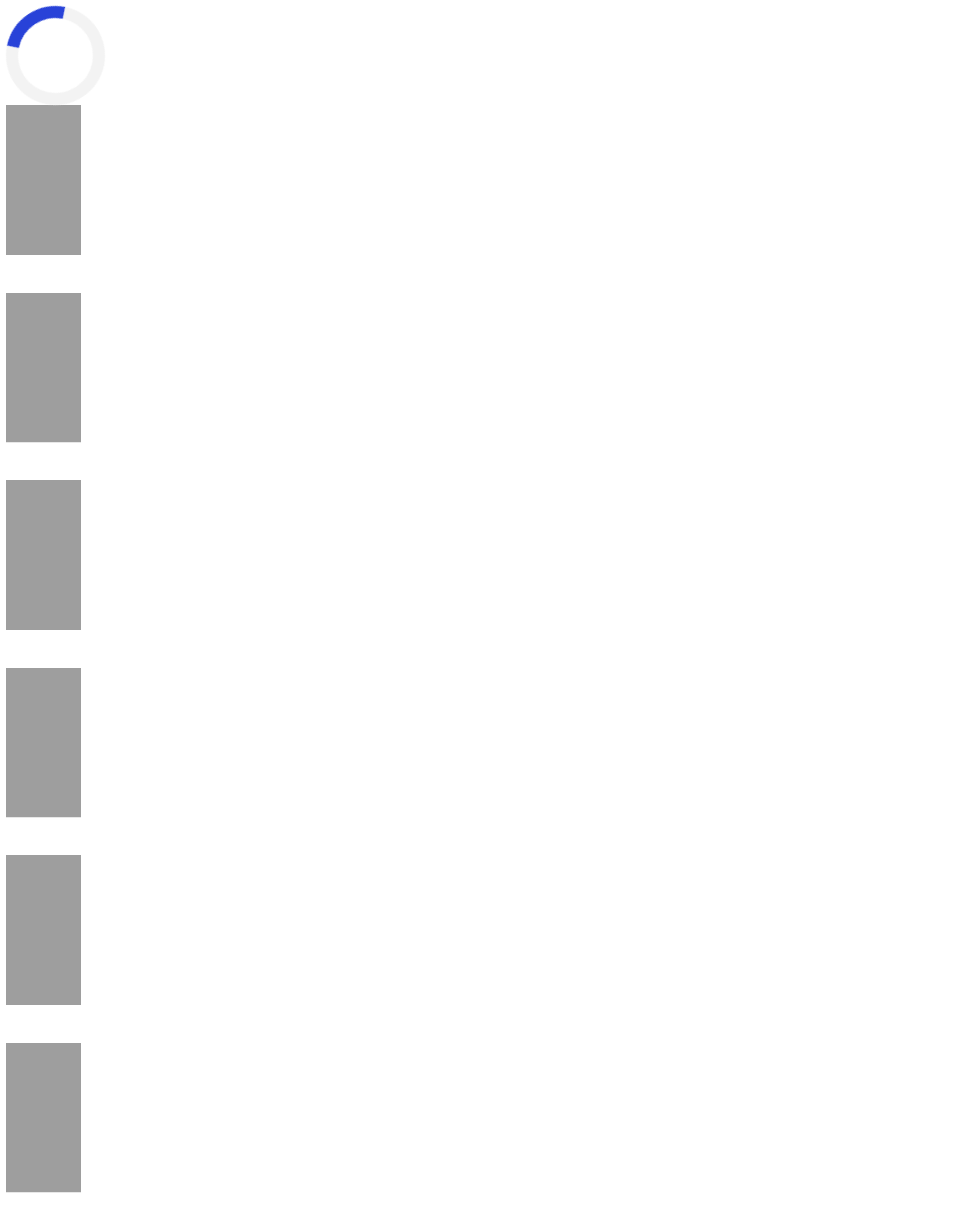
Repository: 1166544/c-toural
Page: packages/test.html
The author's editor kept a copy of each file at every save. The page is drawn from the files as they stood at one save, then again after a run of saves.
The browser window is 1280 px wide. The pictures show the whole page, at 75% of full size.
Pictures or frames that could not be fetched are drawn as grey boxes.

Above is the page before, as saved 2021-01-04 11:26:05.

### packages/test.html
<!DOCTYPE html>

<head>
    <meta charset="UTF-8">
    <title>xxds</title>
    <style>
        .image-item {
            display: block;
            margin-bottom: 50px;
            height: 200px;
            width: 100px;
        }
        .rotate-animate {
            border: 16px solid #f3f3f3;
            border-radius: 50%;
            border-top: 16px solid #2842d8;
            width: 100px;
            height: 100px;
            animation: rotate 3s linear infinite;
        }
        .rotate-animate .fill-color {
            margin-left: 20px;
            border-color: #2842d8 #d1b516 #cf4928 #27c965;
        }
        @keyframes rotate {
            0% {
                transform: rotate(0deg);
            }
            100% {
                transform: rotate(360deg);
            }
        }
    </style>
</head>

<body>
    <div class="rotate-animate"></div>
    <!-- <div class="rotate-animate fill-color"></div> -->
    <img src="" class="image-item" lazyload="true" data-original="https://box.bdimg.com/static/fisp_static/common/img/searchbox/logo_news_276_88_1f9876a.png">
    <img src="" class="image-item" lazyload="true" data-original="https://box.bdimg.com/static/fisp_static/common/img/searchbox/logo_news_276_88_1f9876a.png">
    <img src="" class="image-item" lazyload="true" data-original="https://box.bdimg.com/static/fisp_static/common/img/searchbox/logo_news_276_88_1f9876a.png">
    <img src="" class="image-item" lazyload="true" data-original="https://box.bdimg.com/static/fisp_static/common/img/searchbox/logo_news_276_88_1f9876a.png">
    <img src="" class="image-item" lazyload="true" data-original="https://box.bdimg.com/static/fisp_static/common/img/searchbox/logo_news_276_88_1f9876a.png">
    <img src="" class="image-item" lazyload="true" data-original="https://box.bdimg.com/static/fisp_static/common/img/searchbox/logo_news_276_88_1f9876a.png">
    <script>
        // 获取可视区高度
        var viewHeight = document.documentElement.clientHeight;

        function lazyload() {
            var eles = document.querySelectorAll('img[data-original][lazyload]');
            Array.prototype.forEach.call(eles, function(item, index) {
                var rect;
                if (item.dataset.original) {
                    // 用户获得页面中某个元素左、上、右、下分别相关浏览器视窗的位置
                    rect = item.getBoundingClientRect();

                    if (rect.bottom >= 0 && rect.top < viewHeight) {
                        var img = new Image();
                        img.src = item.dataset.original;
                        img.onload = function() {
                                item.src = img.src;
                            }
                            // 移除属性，下次不再遍历
                        item.removeAttribute('data-original');
                        item.removeAttribute('lazyload');
                    }
                }

            });
        }

        // 开始未滚动时，要先触发一次，初始化首页页面图片
        lazyload();
        document.addEventListener('scroll', lazyload);
    </script>
</body>

</html>

After the next 2 saves:
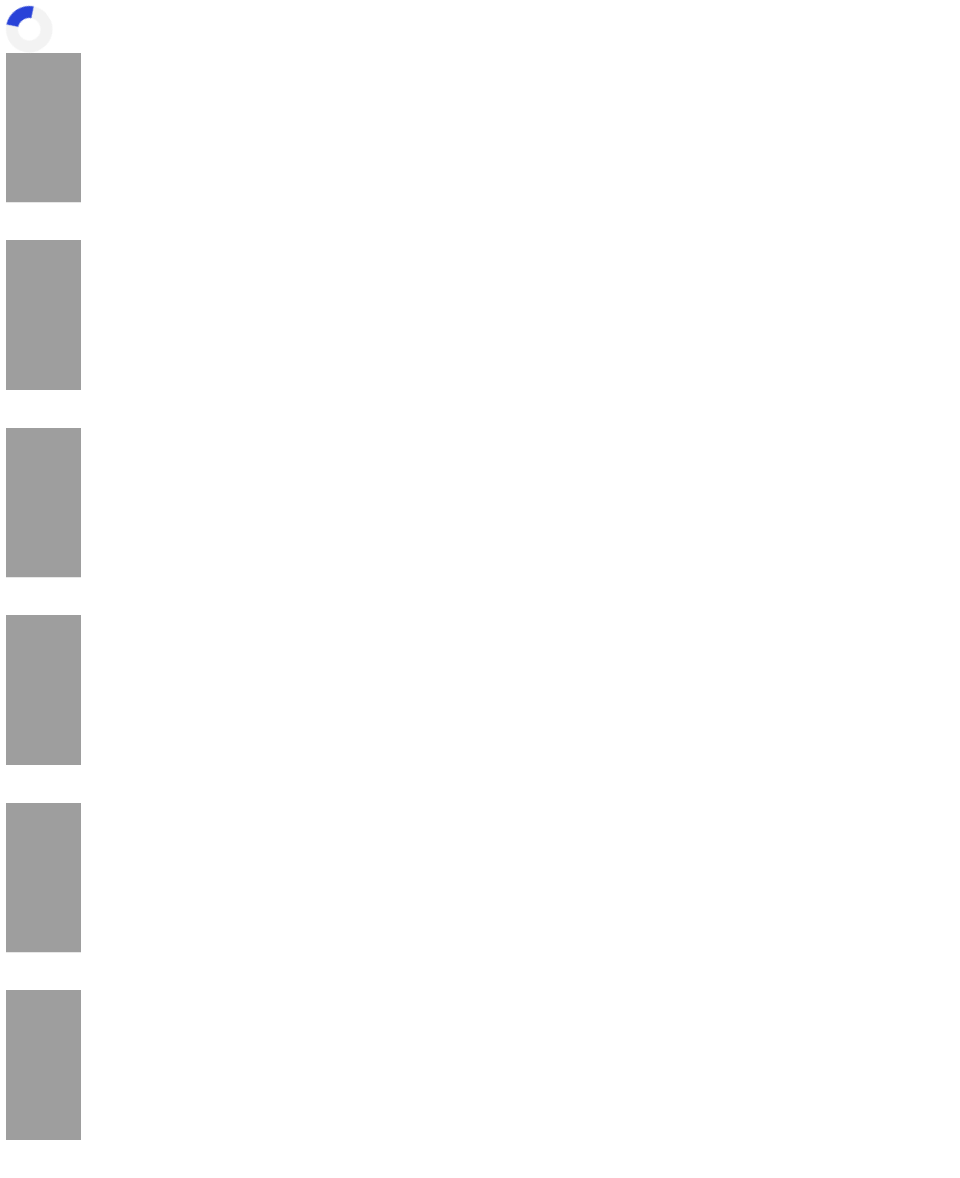
The 2 saves are shown as one change because they came seconds apart.
The last was saved 16 s later.
--- a/packages/test.html
+++ b/packages/test.html
@@ -14,8 +14,8 @@
             border: 16px solid #f3f3f3;
             border-radius: 50%;
             border-top: 16px solid #2842d8;
-            width: 100px;
-            height: 100px;
+            width: 30px;
+            height: 30px;
             animation: rotate 3s linear infinite;
         }
         .rotate-animate .fill-color {
